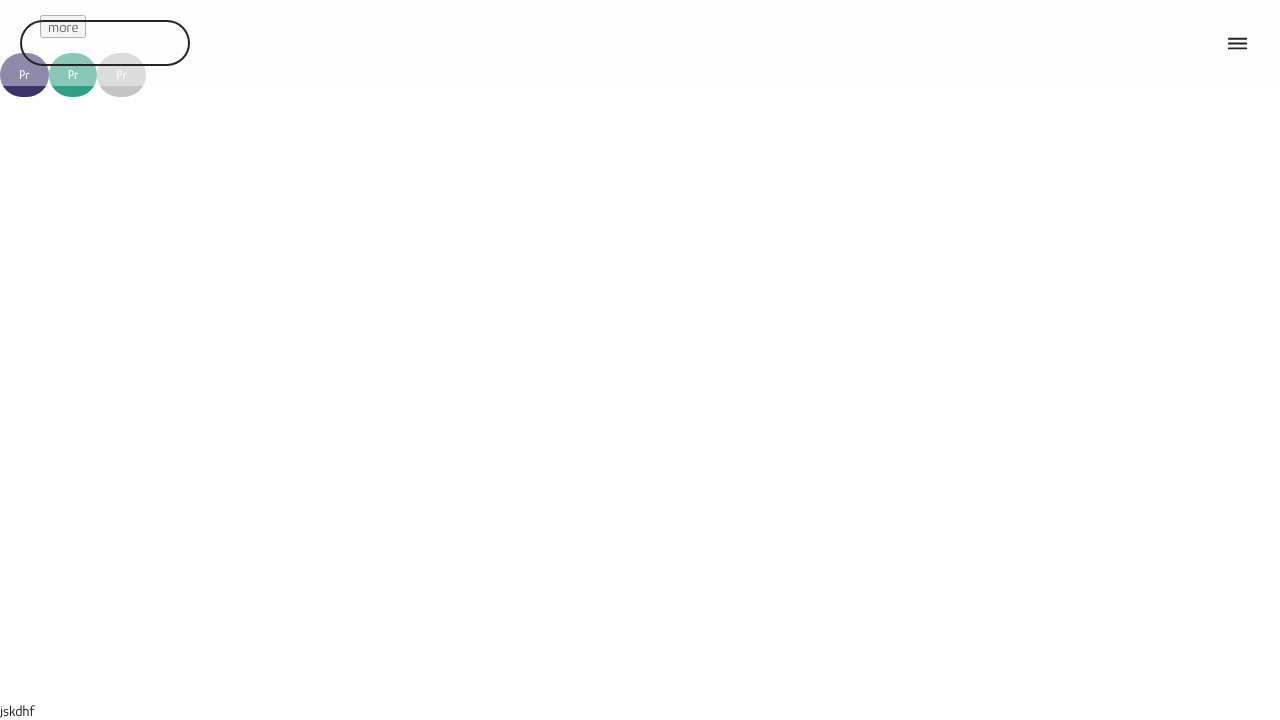
Repository: Axeliriya/my-test
Page: /
The author's editor kept a copy of each file at every save. The page is drawn from the files as they stood at one save, then again after the next save.
The browser window is 1280 px wide. The pictures show the whole page.
The page's requests for data from a server got no answer. The project was rebuilt for these pictures with package versions that can differ from the ones it lists, and the page was loaded fresh each time. No one was signed in, and anything a server would have sent is missing.

Above is the page before, as saved 2022-04-05 14:48:03.

After the next save:
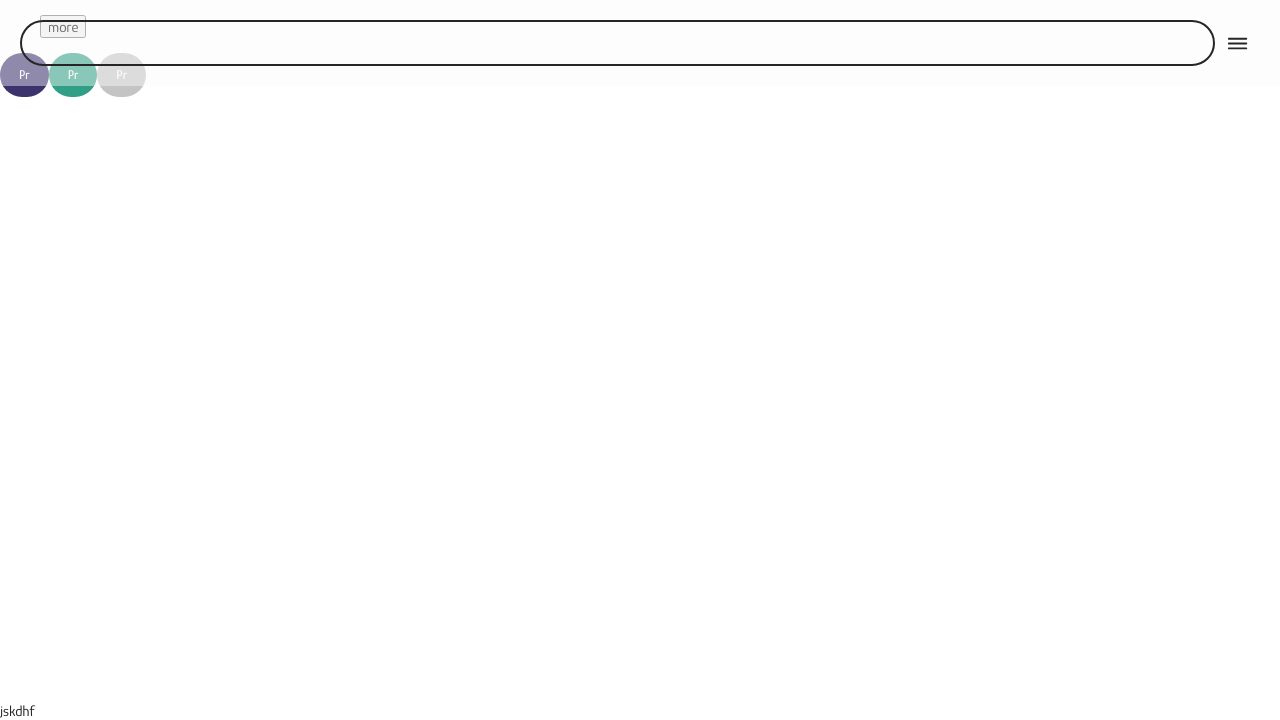
Saved 12 s later.
--- a/src/components/Header/Header.module.scss
+++ b/src/components/Header/Header.module.scss
@@ -28,6 +28,10 @@
   }
 }
 
+.input {
+  width: 100%;
+}
+
 // @media screen and (min-width: 520px) {
 //   .app {
 //     grid-template-columns: auto 1fr auto;
